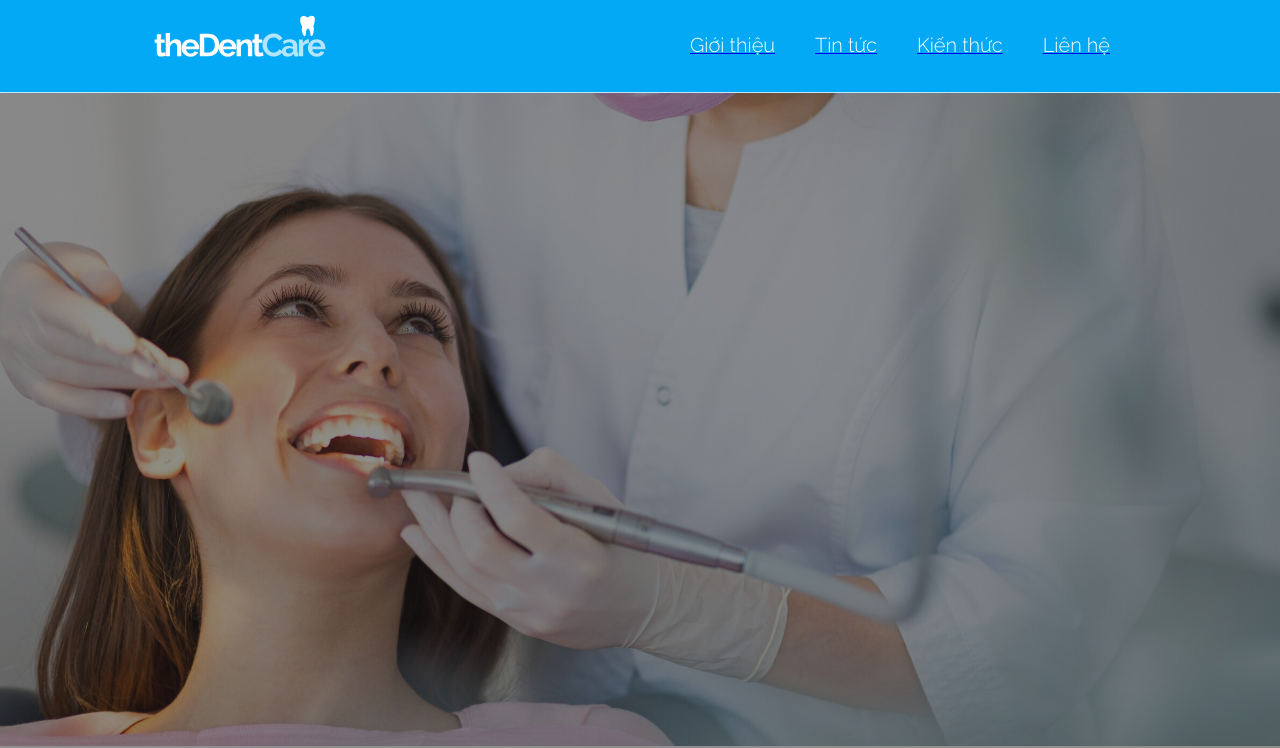
Repository: vantoan19/theDentCare
Page: /contact (app in theDentalCare/the-dental-care/)
These files come from the project's save history. The page is drawn as it stood at one moment and after the next save; the edit follows.
The browser window is 1280 px wide. The pictures show the whole page.
The project was rebuilt for these pictures with package versions that can differ from the ones it lists, and the page was loaded fresh each time. The framework's server and built-in components were replaced by stand-ins that run in the browser.

Above is the page before, as saved 2022-09-23 13:49:48.

### theDentalCare/the-dental-care/pages/_app.js
import { createGlobalStyle } from "styled-components";

const GlobalStyle = createGlobalStyle`
    html,
    body, input, textarea, button {
        padding: 0;
        margin: 0;
        font-family: Raleway;
        font-size: 10px;
    }
    html,
    body {
      height: 100%;
    }

    * {
        box-sizing: border-box;
    }
`;

function MyApp({ Component, pageProps }) {
  return (
    <>
      <GlobalStyle />
      <Component {...pageProps} />
    </>
  );
}

export default MyApp

### theDentalCare/the-dental-care/pages/_document.js
// pages/_document.js

import { Html, Head, Main, NextScript } from 'next/document'

export default function Document() {
  return (
    <Html>
      <Head>
        <link
          href="https://fonts.googleapis.com/css2?family=Raleway:ital,wght@0,100;0,200;0,300;0,400;0,500;0,600;0,700;0,800;0,900;1,100;1,200;1,300;1,400;1,500;1,600;1,700;1,800;1,900&display=swap"
          rel="stylesheet"
        />
      </Head>
      <body>
        <Main />
        <NextScript />
      </body>
    </Html>
  )
}

### theDentalCare/the-dental-care/pages/contact/index.js
import { Fragment } from "react";
import styled from "styled-components";
import NavBar from "../../components/NavBar/NavBar";
import BackgroundImage from "../../components/BackgroundImage/BackgroundImage";

const ContactFormTextInput = styled.input``;

const ContactFormTextArea = styled.textarea``;

const ContactFormTitle = styled.h3``;

const ContactForm = styled.form``;

const ContactInfoTitle = styled.h3``;

const ContactInfoDesc = styled.p``;

const ContactInfoDetails = styled.p``;

const ContactInfoWrapper = styled.div``;

const Flex = styled.div`
  display: flex;
`;

const ContactContainer = styled.div``;

export default function Contact() {
  return (
    <Fragment>
      <NavBar />
      <ContactContainer>
        <BackgroundImage
          src="/contact_image.jpeg"
          alt="contact background image"
          isMasked={true}
        />
        <Flex>
          <ContactForm></ContactForm>
        </Flex>
      </ContactContainer>
    </Fragment>
  );
}

### theDentalCare/the-dental-care/components/NavBar/NavBar.jsx
import React from 'react'
import Link from 'next/link'
import styled from 'styled-components'
import Logo from './Logo/Logo'
import NavItem from './NavItem/NavItem'

const LogoContainer = styled.div`
  margin: 0 150px;
`

const NavItemsGroup = styled.div`
  display: flex;
  height: 90px;
  align-items: center;
  margin: 0 150px;
`

const StyledAnchor = styled.a`
  text-decoration: none;
`

const NavContainer = styled.nav`
  background-color: #03A9F4;
  display: flex;
  flex-direction: row;
  justify-content: space-between;
  box-shadow: 0px 2px 4px 1px #B3E5FC;
  margin-bottom: 1px;
`

const NavBar = () => {
  return (
    <NavContainer>
      <LogoContainer>
        <Link href='/'>
          <StyledAnchor>
            <Logo/>
          </StyledAnchor>
        </Link>
      </LogoContainer>
      <NavItemsGroup>
        <Link href='/about'>
          <StyledAnchor>
            <NavItem>Giới thiệu</NavItem>
          </StyledAnchor>
        </Link>
        <Link href='/news'>
          <StyledAnchor>
            <NavItem>Tin tức</NavItem>
          </StyledAnchor>
        </Link>
        <Link href='/knowledge'>
          <StyledAnchor>
            <NavItem>Kiến thức</NavItem>
          </StyledAnchor>
        </Link>
        <Link href='/contact'>
          <StyledAnchor>
            <NavItem>Liên hệ</NavItem>
          </StyledAnchor>
        </Link>
      </NavItemsGroup>
    </NavContainer>
  )
}

export default NavBar

### theDentalCare/the-dental-care/components/BackgroundImage/BackgroundImage.jsx
import React from "react";
import styled from "styled-components";

const StyledImage = styled.img`
  width: 100%;
  height: 100%;
`;

const GreyMask = styled.div`
  background-color: rgba(30, 30, 30, 0.5);
  width: 100%;
  height: 100%;
  z-index: 2;
  position: absolute;
  top: 0;
  left: 0;
`;

const BackgroundContainer = styled.div`
  width: 100%;
  height: 100%;
  position: relative;
`;

const BackgroundImage = (props) => {
  return (
    <BackgroundContainer>
      <StyledImage src={props.src} alt={props.alt} />
      {props.isMasked && <GreyMask />}
    </BackgroundContainer>
  );
};

export default BackgroundImage;

### theDentalCare/the-dental-care/components/NavBar/Logo/Logo.jsx
import React from 'react'
import styled from 'styled-components'


const StyledLogo = styled.img`
  width: 180px;
  cursor: pointer;
`

const Logo = () => {
  return (
    <StyledLogo src='/theDentCare.svg'/>
  )
}

export default Logo

### theDentalCare/the-dental-care/components/NavBar/NavItem/NavItem.jsx
import React from 'react'
import styled from 'styled-components'

const StyledSpan = styled.span`
    cursor: pointer;
    margin: 0px 20px;
    font-size: 2rem;
    font-weight: 300;
    color: #fff;
`

const NavItem = (props) => {
    return (
      <StyledSpan>{props.children}</StyledSpan>
    )
}

export default NavItem

After the next save:
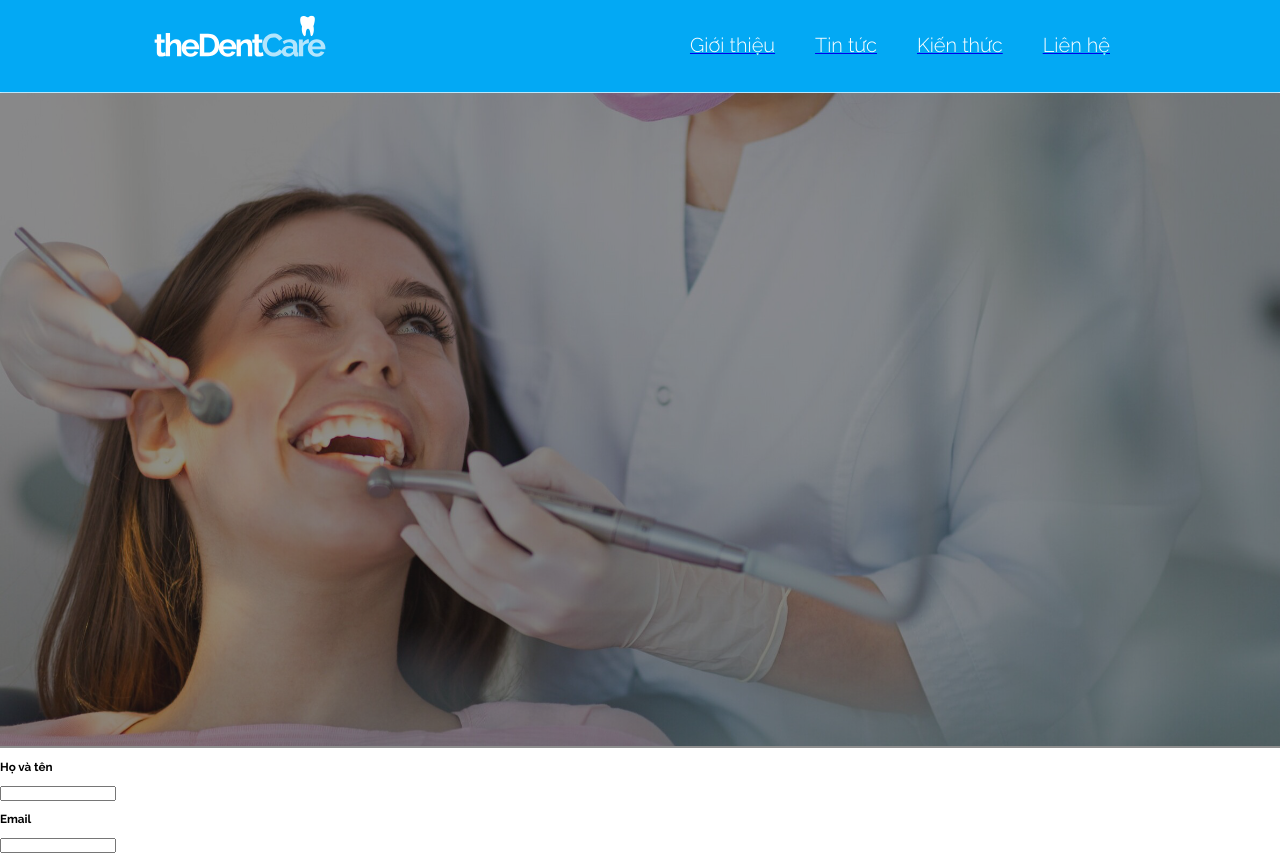
Saved 64 s later.
--- a/theDentalCare/the-dental-care/pages/contact/index.js
+++ b/theDentalCare/the-dental-care/pages/contact/index.js
@@ -36,7 +36,12 @@ export default function Contact() {
           isMasked={true}
         />
         <Flex>
-          <ContactForm></ContactForm>
+          <ContactForm>
+            <ContactFormTitle>Họ và tên</ContactFormTitle>
+            <ContactFormTextInput />
+            <ContactFormTitle>Email</ContactFormTitle>
+            <ContactFormTextInput />
+          </ContactForm>
         </Flex>
       </ContactContainer>
     </Fragment>
